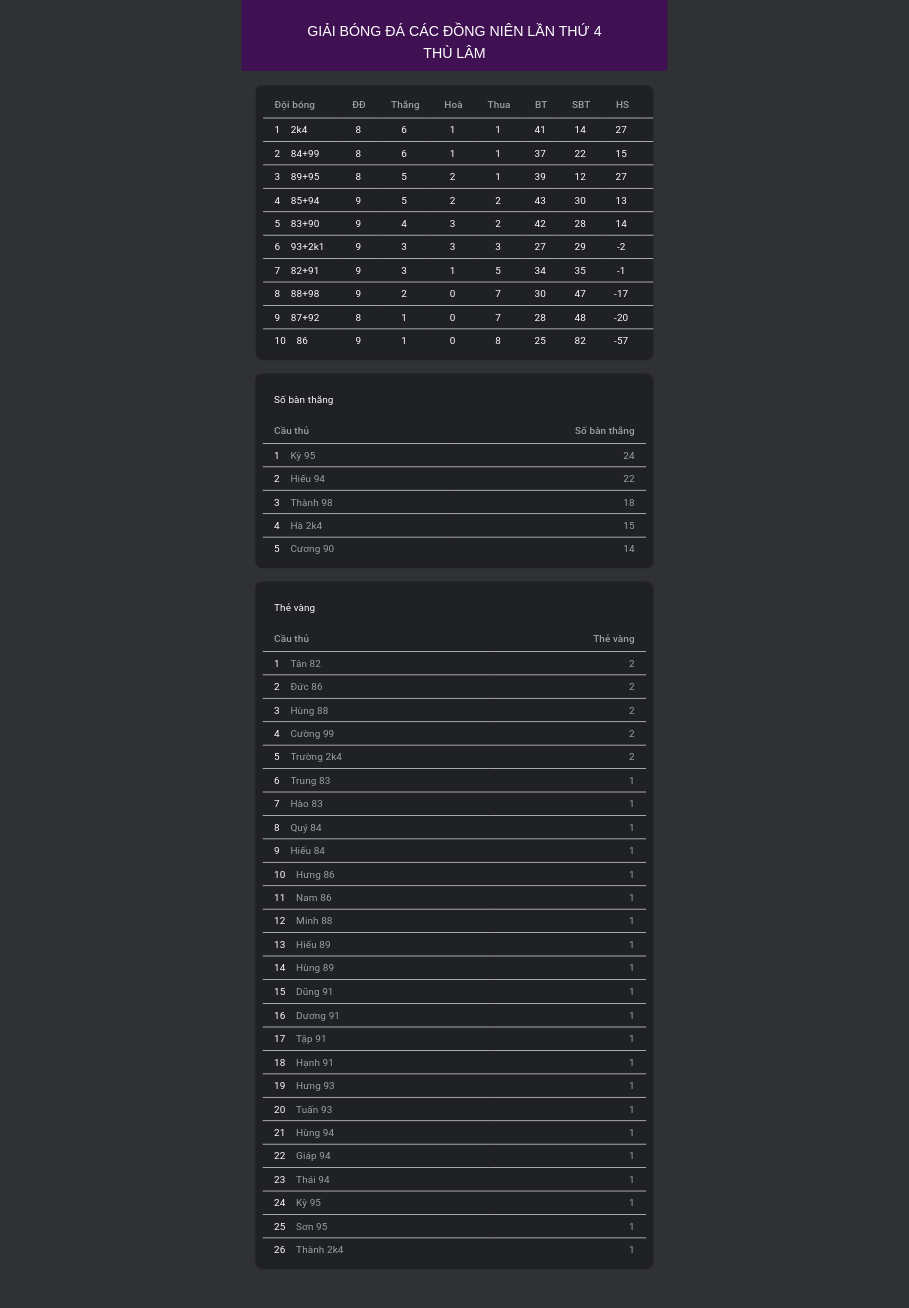
Repository: tuan842001/thulam
Page: /
These files come from the project's save history. The page is drawn as it stood at one moment and after the next save; the edit follows.
The browser window is 1280 px wide. The pictures show the whole page, at 71% of full size.
The project was rebuilt for these pictures with package versions that can differ from the ones it lists, and the page was loaded fresh each time.

Above is the page before, as saved 2022-01-11 15:58:07.

After the next save:
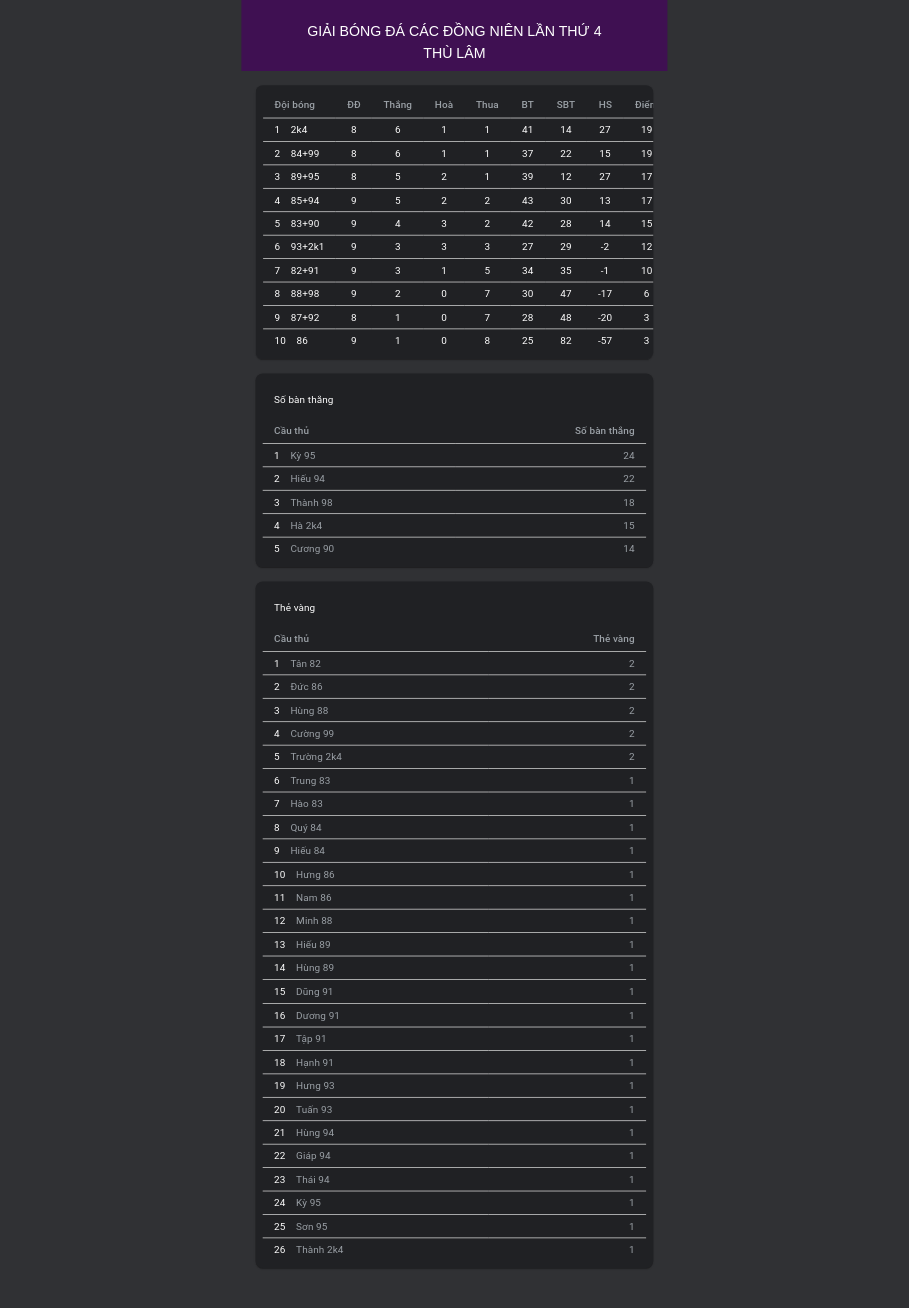
Saved 29 s later.
--- a/src/pages/userList/UserList.jsx
+++ b/src/pages/userList/UserList.jsx
@@ -59,7 +59,7 @@ export default function UserList() {
         padding: "10px",
       }}
     >
-      <Table sx={{ minWidth: 600 }} size="small" aria-label="a dense table">
+      <Table sx={{ minWidth: 550 }} size="small" aria-label="a dense table">
         <TableHead>
           <TableRow>
             <TableCell style={{ color: "#9aa0a6" }}>Đội bóng</TableCell>
